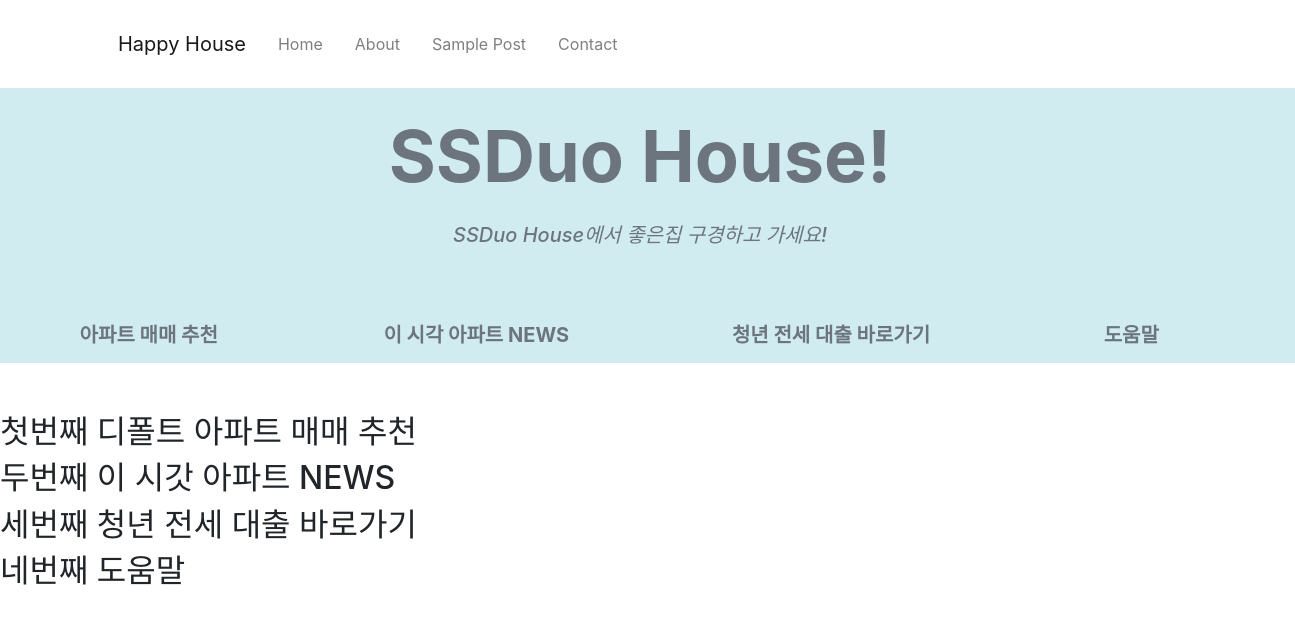
Repository: shinyoungjei/SSAFY_Final_PJT
Page: / (app in front/)
The author's editor kept a copy of each file at every save. The page is drawn from the files as they stood at one save, then again after the next save.
The browser window is 1280 px wide. The page is 1295 px wide, so the pictures cover 1295 px, including what lies to the right of the window. The pictures show the whole page.
The project was rebuilt for these pictures with package versions that can differ from the ones it lists, and the page was loaded fresh each time. Also part of the build but not shown: front/vue.config.js, front/src/views/AreaView.vue. Imported but missing from the stored project, and not drawn on this page: front/happyhouse/src/api/axios.js, front/happyhouse/src/components/faq/QuestionChatItem.

Above is the page before, as saved 2022-05-24 01:11:24.

### front/src/main.js
import Vue from "vue";
import App from "./App.vue";
import router from "./router";
import store from "./store";
import { BootstrapVue, IconsPlugin } from "bootstrap-vue"; // boot strap 관련 설정
import "bootstrap/dist/css/bootstrap.css"; // Bootstrap an BootstrapVue CSS 파일 임포트
import "bootstrap-vue/dist/bootstrap-vue.css";
// BootstrapVue 플러그인 설치
Vue.use(BootstrapVue);
Vue.use(IconsPlugin);

Vue.config.productionTip = false;

new Vue({
  router,
  store,
  render: (h) => h(App),
}).$mount("#app");

### front/src/App.vue
<template>
  <div id="app">
    <!--<Nav id="nav" />-->
    <top-header></top-header>
    <router-view />
    <!--<bottom />-->
  </div>
</template>

<script>
//import Nav from "@/components/common/Nav.vue";
//import Bottom from "@/components/common/Bottom.vue";
import TopHeader from "@/components/common/Header.vue";

export default {
  components: {
    //Nav,
    TopHeader,
    //Bottom,
  },
};
</script>

<style>
@import "@/assets/main.css";
#nav {
  padding: 5px;
}
</style>

### front/src/router/index.js
import Vue from "vue";
import VueRouter from "vue-router";
import HomeView from "@/views/HomeView.vue";
import AreaView from "@/views/AreaView.vue";

Vue.use(VueRouter);

const routes = [
  //홈 화면
  {
    path: "/",
    name: "home",
    component: HomeView,
  },
  {
    path: "/user",
    name: "user",
    component: () => import("@/views/UserView.vue"),
    children: [
      {
        path: "login",
        name: "login",
        component: () => import("@/components/user/UserLogin.vue"),
      },
      {
        path: "regist",
        name: "regist",
        component: () => import("@/components/user/UserRegister.vue"),
      },
      {
        path: "mypage",
        name: "mypage",
        component: () => import("@/components/user/UserMyPage.vue"),
      },
      {
        path: "testmypage",
        name: "testmypage",
        component: () => import("@/components/user/TestMyPage.vue"),
      },
    ],
  },
  {
    // Q&A
    path: "/question",
    component: () => import("@/views/QuestionView.vue"),
    children: [
      {
        // 리스트 정보 반환
        path: "",
        name: "questionList",
        component: () => import("@/components/faq/QuestionList.vue"),
      },
      {
        // 질문 등록.
        path: "/regist",
        name: "questionRegist",
        component: () => import("@/components/faq/QuestionsRegister.vue"),
      },
      {
        // 상세화면
        path: ":qnaNo",
        name: "questionDetail",
        component: () => import("@/components/faq/QuestionDetail.vue"),
      },
      {
        // 수정
        path: "modify/:qnaNo",
        name: "questionModify",
        component: () => import("@/components/faq/QuestionModify.vue"),
      },
    ],
  },
  {
    //공지사항
    path: "/notice",
    name: "notice",
    component: () => import("@/views/NoticeView.vue"),
    children: [
      {
        // 공지사항 리스트
        path: "",
        name: "noticeList",
        component: () => import("@/components/notice/NoticeList.vue"),
      },
      {
        // 공지사항 등록하기.
        path: "/noticeRegist",
        name: "noticeRegist",
        component: () => import("@/components/notice/NoticeRegister.vue"),
      },
      {
        // 공지사항 상세화면
        path: ":noticeNo",
        name: "noticeDetail",
        component: () => import("@/components/notice/NoticeDetail.vue"),
      },
      {
        // 공지사항 수정하기.
        path: "modify/:noticeNo",
        name: "noticeModify",
        component: () => import("@/components/notice/NoticeModify.vue"),
      },
    ],
  },
  {
    //매매정보
    path: "/aptDeal",
    name: "aptDeal",
    component: () => import("@/views/AptView.vue"),
  },
  {
    path: "/aptDetail",
    name: "aptDetail",
    component: () => import("@/views/AptDetailView.vue"),
  },
  {
    //관심지역
    path: "/area",
    name: "area",
    component: AreaView,
  },
];

const router = new VueRouter({
  mode: "history",
  base: process.env.BASE_URL,
  routes,
});

export default router;

### front/src/store/index.js
import Vue from "vue";
import Vuex from "vuex";
import axios from "@/api/axios.js";

Vue.use(Vuex);

export default new Vuex.Store({
  state: {
    questions: [],
    question: null,
  },

  getters: {},

  mutations: {
    SET_QUESTIONS(state, payload) {
      state.questions = payload;
    },

    SET_DETAIL_QUESION(state, payload) {
      state.question = payload;
    },

    SELECT_QUESTION(state, isSuccess, payload) {
      if (isSuccess === "success") {
        state.questions = payload;
      } else {
        alert("검색결과 없습니다.");
      }
    },

    // MODIFY_QUESTION(state, isSuccess, modifiedQna) {
    //   if (isSuccess === "success") {
    //     state.questions = state.questions.map((qna) => {
    //       if (qna.qnaNo == modifiedQna.qnaNo) {
    //         return modifiedQna;
    //       }
    //       return qna;
    //     });
    //   } else {
    //     alert("수정 실패!");
    //   }
    // },

    // REGIST_QUESTION(state, isSuccess, newQna) {
    //   if (isSuccess == "success") {
    //     state.questions.push(newQna);
    //   } else {
    //     alert("등록 실패");
    //   }
    // },

    // DELETE_QUESTION(state, isSuccess, deleteQnaNo) {
    //   if (isSuccess == "success") {
    //     const target = state.questions.map((qna) => {
    //       if (qna.qnaNo == deleteQnaNo) {
    //         return qna;
    //       }
    //     });
    //     state.questions.pop(target);
    //   } else {
    //     alert("삭제 실패!");
    //   }
    // },
  },

  actions: {
    setQuestions({ commit }) {
      axios.get("/qna").then(({ data }) => {
        commit("SET_QUESTIONS", data);
      });
    },

    async setDetailQuestion({ commit }, qnaNo) {
      const { data } = await axios.get(`/qna/${qnaNo}`);
      commit("SET_DETAIL_QUESION", data);
    },

    modifyQuestion(context, qna) {
      axios.put(`/qna/modify/${qna.qnaNo}`, qna).then(({ data }) => {
        console.log(data);
        // commit("MODIFY_QUESTION", data, qna);
      });
    },

    registQuestion(context, qna) {
      axios.post("/qna/regist", qna).then(({ data }) => {
        console.log(data);
        // commit("REGIST_QUESTION", data, qna);
      });
    },

    deleteQuestion(context, qnaNo) {
      axios.delete(`/qna/delete/${qnaNo}`).then(({ data }) => {
        console.log(data);
        //commit("DELETE_QUESTION", data, qnaNo);
      });
    },

    selectQuestion({ commit }, selectItem) {
      axios.get(`/qna`, selectItem).then(({ data }) => {
        commit("SELECT_QUESTION", data);
      });
    },
  },

  modules: {},
});

### front/src/assets/main.css
a {
  text-decoration: none;
  color: #787878;
}
input,
textarea,
.view {
  width: 100%;
  padding: 12px 20px;
  margin: 8px 0;
  display: inline-block;
  border: 1px solid #ccc;
  border-radius: 4px;
  box-sizing: border-box;
  color: #787878;
  font-size: medium;
}

.regist {
  padding: 10px;
}
.regist_form {
  border-radius: 5px;
  background-color: #f2f2f2;
  padding: 20px;
}

### front/src/components/common/Header.vue
<template>
  <b-container fluid>
    <!-- Navigation-->
    <nav class="navbar navbar-expand-lg navbar-light" id="mainNav">
      <div class="container px-4 px-lg-5">
        <a class="navbar-brand" href="index.html">Happy House</a>
        <button
          class="navbar-toggler"
          type="button"
          data-bs-toggle="collapse"
          data-bs-target="#navbarResponsive"
          aria-controls="navbarResponsive"
          aria-expanded="false"
          aria-label="Toggle navigation"
        >
          Menu
          <i class="fas fa-bars"></i>
        </button>
        <div class="collapse navbar-collapse" id="navbarResponsive">
          <ul class="navbar-nav ms-auto py-4 py-lg-0">
            <li class="nav-item">
              <a class="nav-link px-lg-3 py-3 py-lg-4" href="index.html"
                >Home</a
              >
            </li>
            <li class="nav-item">
              <a class="nav-link px-lg-3 py-3 py-lg-4" href="about.html"
                >About</a
              >
            </li>
            <li class="nav-item">
              <a class="nav-link px-lg-3 py-3 py-lg-4" href="post.html"
                >Sample Post</a
              >
            </li>
            <li class="nav-item">
              <a class="nav-link px-lg-3 py-3 py-lg-4" href="contact.html"
                >Contact</a
              >
            </li>
          </ul>
        </div>
      </div>
    </nav>
    <!-- Navigation End-->
  </b-container>
</template>

<script>
export default {};
</script>

<style></style>

### front/src/views/HomeView.vue
<template>
  <div>
    <b-row>
      <b-col>
        <section>
          <div
            class="row alert-info justify-content-center align-item-center"
            style="height: 175px"
          >
            <div class="text-center">
              <div style="height: 25px"></div>
              <h3 class="display-3 text-capitalize">
                <div class="text-secondary font-weight-bold">SSDuo House!</div>
              </h3>
              <h5 class="font-weight-dark font-italic text-secondary mt-4">
                SSDuo House에서 좋은집 구경하고 가세요!
              </h5>
            </div>
          </div>
        </section>
      </b-col>
    </b-row>
    <b-row>
      <b-col>
        <section>
          <b-row class="alert-info" style="height: 100px">
            <b-col> </b-col>
            <b-col cols="8">
              <div style="height: 50px"></div>
              <b-button variant="outline-alert-info" style="width: 100%">
                <div
                  class="font-weight-bold text-secondary"
                  style="font-size: 20px"
                >
                  아파트 매매 추천
                </div>
              </b-button>
            </b-col>
            <b-col></b-col>
          </b-row>
        </section>
      </b-col>
      <b-col>
        <section>
          <b-row class="alert-info" style="height: 100px">
            <b-col> </b-col>
            <b-col cols="9">
              <div style="height: 50px"></div>
              <b-button variant="outline-alert-info" style="width: 100%">
                <div
                  class="font-weight-bold text-secondary text-center"
                  style="font-size: 20px"
                >
                  이 시각 아파트 NEWS
                </div>
              </b-button>
            </b-col>
            <b-col></b-col>
          </b-row>
        </section>
      </b-col>
      <b-col>
        <section>
          <b-row class="alert-info" style="height: 100px">
            <b-col> </b-col>
            <b-col cols="10">
              <div style="height: 50px"></div>
              <b-button variant="outline-alert-info" style="width: 100%">
                <div
                  class="font-weight-bold text-secondary text-center"
                  style="font-size: 20px"
                >
                  청년 전세 대출 바로가기
                </div>
              </b-button>
            </b-col>
            <b-col></b-col>
          </b-row>
        </section>
      </b-col>
      <b-col>
        <section>
          <b-row class="alert-info" style="height: 100px">
            <b-col> </b-col>
            <b-col cols="9">
              <div style="height: 50px"></div>
              <b-button variant="outline-alert-info" style="width: 100%">
                <div
                  class="font-weight-bold text-secondary text-center"
                  style="font-size: 20px"
                >
                  도움말
                </div>
              </b-button>
            </b-col>
            <b-col></b-col>
          </b-row>
        </section>
      </b-col>
    </b-row>
    <div style="height: 50px"></div>
    <b-row>
      <b-col>
        <h2>첫번째 디폴트 아파트 매매 추천</h2>
        <h2>두번째 이 시갓 아파트 NEWS</h2>
        <h2>세번째 청년 전세 대출 바로가기</h2>
        <h2>네번째 도움말</h2>
      </b-col>
    </b-row>
    <div style="height: 50px"></div>
  </div>
</template>

<script>
export default {};
</script>

Loaded but not shown: front/public/index.html (common file)

After the next save:
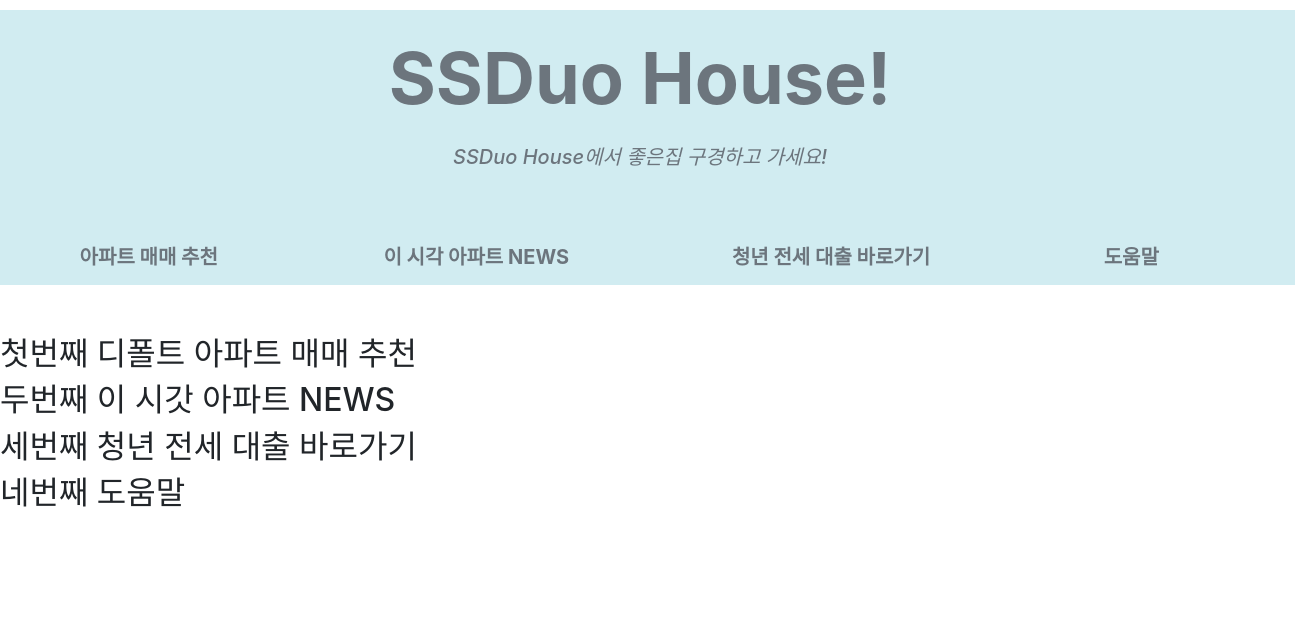
Saved 25 s later.
--- a/front/src/App.vue
+++ b/front/src/App.vue
@@ -1,9 +1,9 @@
 <template>
   <div id="app">
-    <!--<Nav id="nav" />-->
-    <top-header></top-header>
+    <Nav id="nav" />
+    <!--<top-header></top-header>-->
     <router-view />
-    <!--<bottom />-->
+    <bottom />
   </div>
 </template>
 
